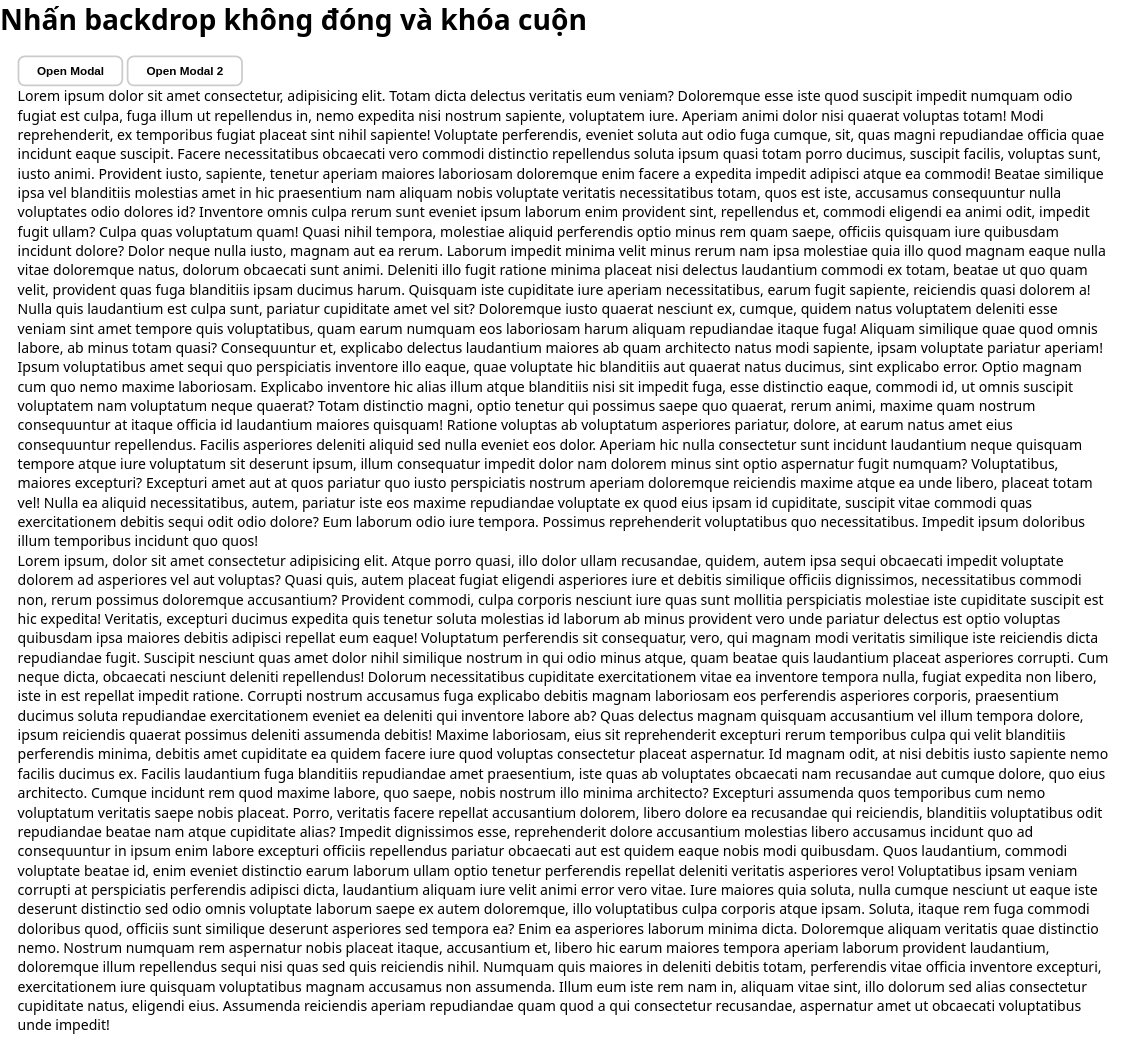
Repository: lannguyen1301/openix
Page: index.html
An editor plug-in stored every save of this project. The page is shown before and after the next save, followed by the edit.
The browser window is 1280 px wide. The pictures show the whole page, at 88% of full size.

Above is the page before, as saved 2025-06-24 06:25:56.

After the next save:
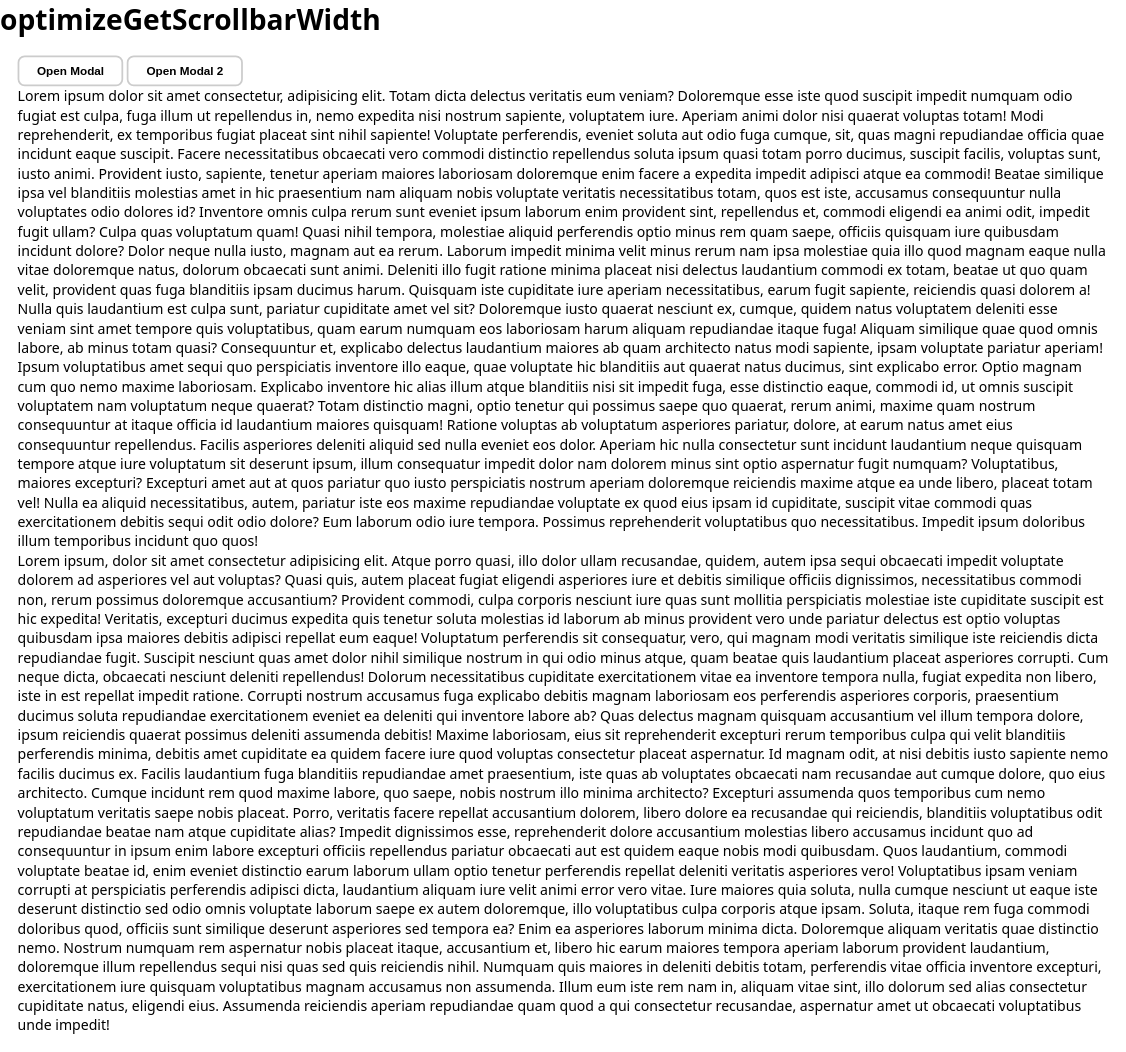
Saved 6 h 19 min later.
--- a/index.html
+++ b/index.html
@@ -4,12 +4,12 @@
 <head>
     <meta charset="UTF-8">
     <meta name="viewport" content="width=device-width, initial-scale=1.0">
-    <title>Nhấn backdrop không đóng và khóa cuộn</title>
+    <title>optimizeGetScrollbarWidth</title>
     <link rel="stylesheet" href="./style.css">
 </head>
 
 <body>
-    <h1>Nhấn backdrop không đóng và khóa cuộn</h1>
+    <h1>optimizeGetScrollbarWidth</h1>
 
     <main>
         <button id="open-modal-1" class="btn">Open Modal</button>
